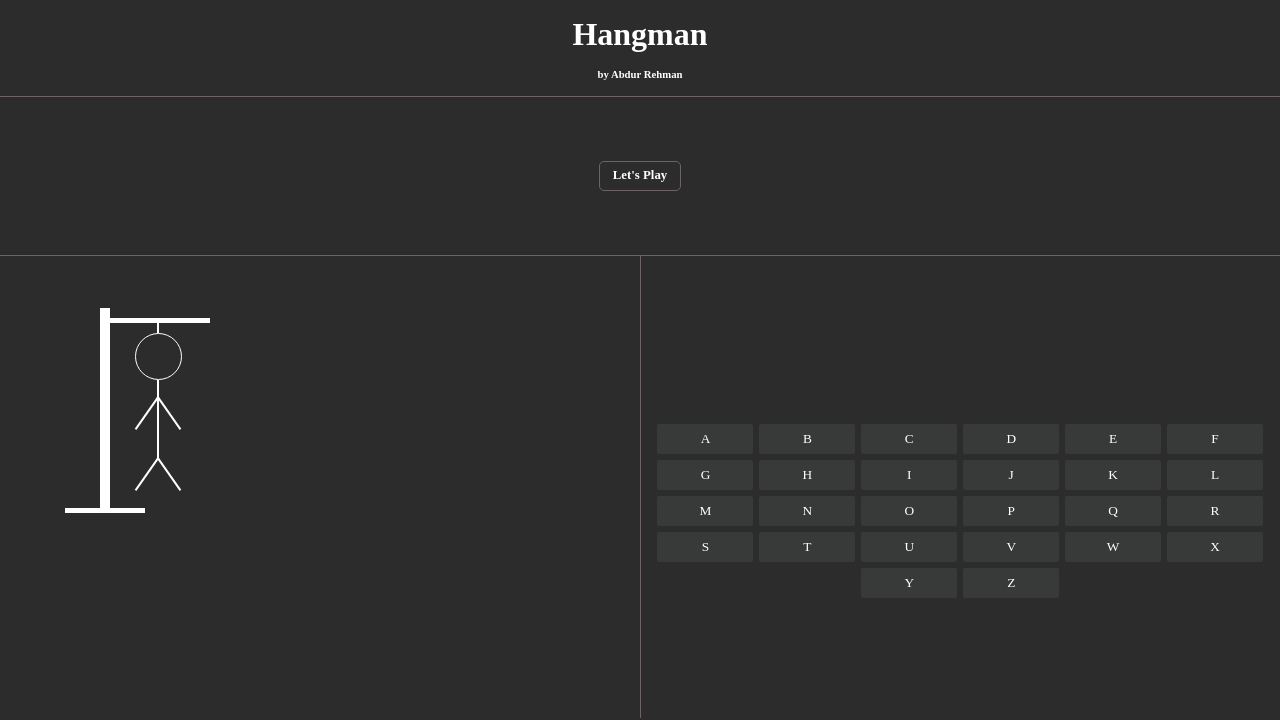
Repository: Ab-dur-Rehman/hang-man
Page: /
An editor plug-in stored every save of this project. The page is shown before and after the next save, followed by the edit.
The browser window is 1280 px wide. The pictures show the whole page.
The project was rebuilt for these pictures with package versions that can differ from the ones it lists, and the page was loaded fresh each time. Also part of the build but not shown: src/scripts/scripts.js.

Above is the page before, as saved 2022-11-26 20:47:08.

After the next save:
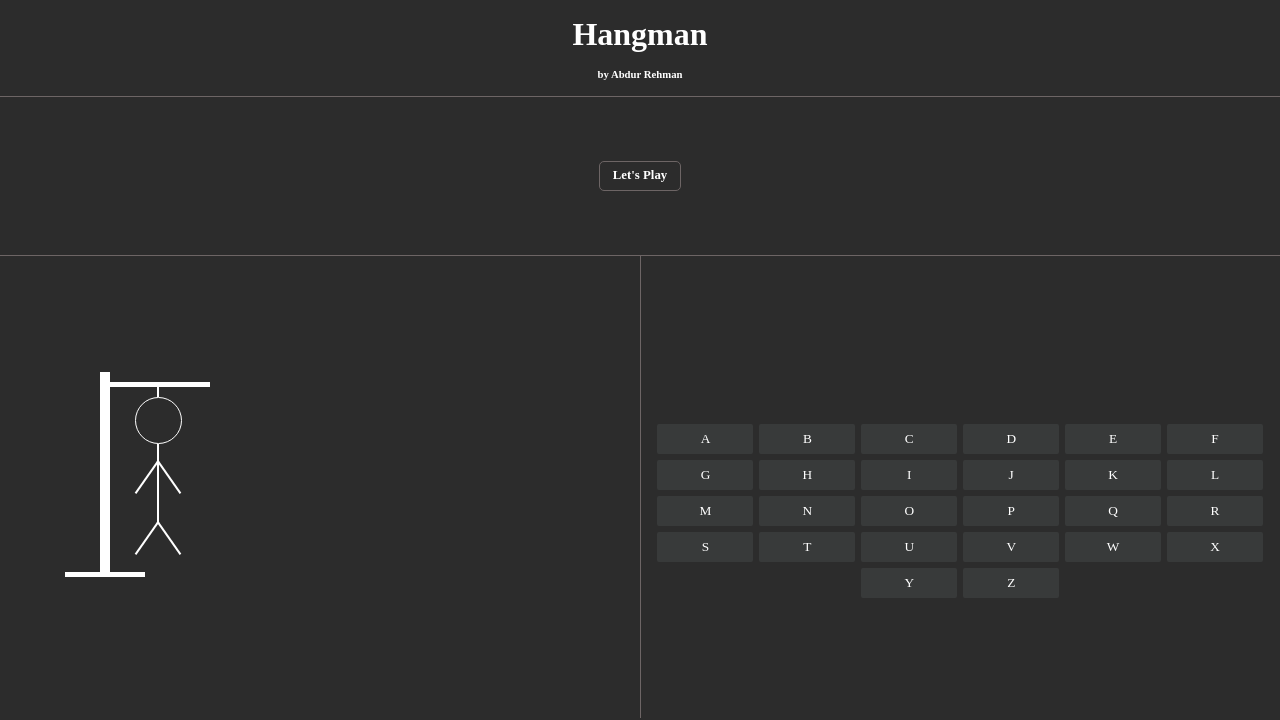
Saved 11 min 15 s later.
--- a/src/App.css
+++ b/src/App.css
@@ -103,7 +103,7 @@ body {
   flex: 0 50%;
 }
 .hm_wrapper {
-  padding-top: 2rem;
+  padding-top: 6rem;
 }
 .hm_stand {
   position: relative;
